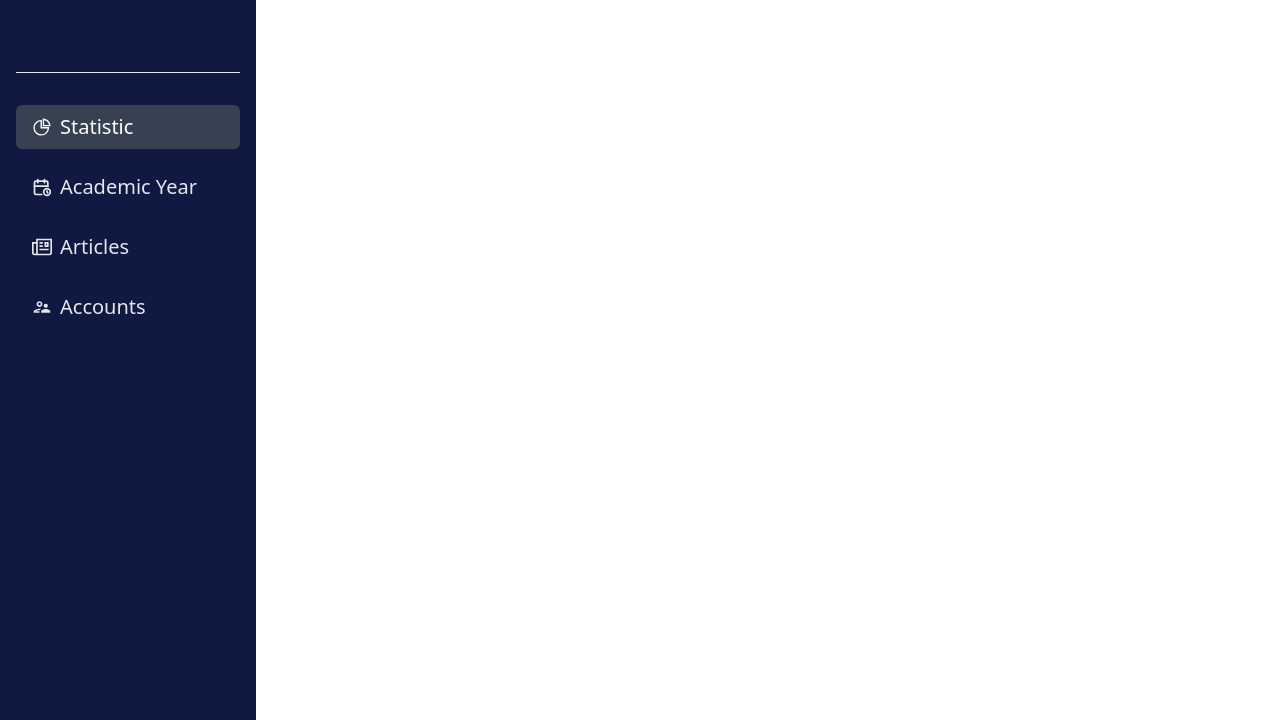
Repository: huynhvanngoan/COMP1640FE-Template
Page: /admin
The author's editor kept a copy of each file at every save. The page is drawn from the files as they stood at one save, then again after a run of saves.
The browser window is 1280 px wide. The pictures show the whole page.
The project was rebuilt for these pictures with package versions that can differ from the ones it lists, and the page was loaded fresh each time. Also part of the build but not shown: src/components/buttonStyles.js, src/pages/LoginPage.jsx, src/pages/admin/AdminDashboard.jsx, src/pages/student/StudentDashboard.jsx, src/pages/department/DepartmentDashboard.jsx, src/pages/marketing/MarketingDashboard.jsx, src/pages/guest/GuestDashboard.jsx.

Above is the page before, as saved 2024-03-24 05:49:03.

After the next 2 saves:
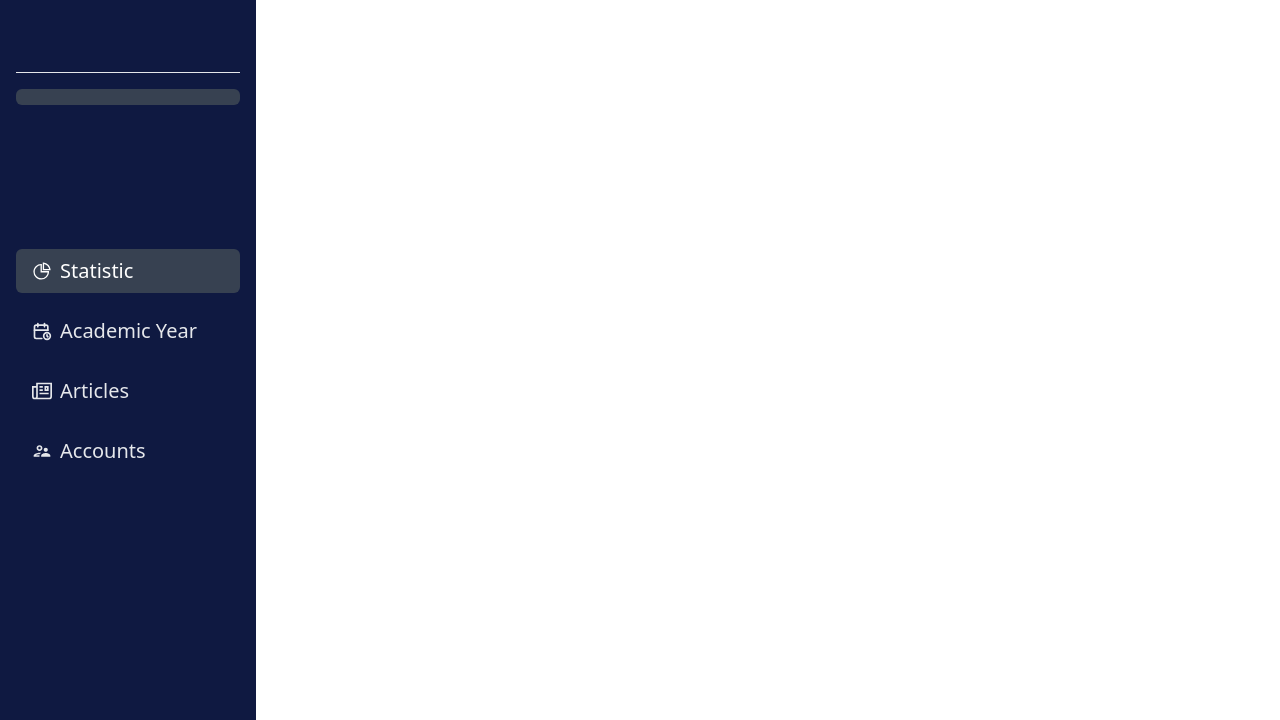
The 2 saves are shown as one change because they came seconds apart.
The last was saved 25 s later.
--- a/src/pages/admin/Sidebar.js
+++ b/src/pages/admin/Sidebar.js
@@ -37,7 +37,9 @@ export default function Sidebar() {
             {SidebarContent.map((item, index) => {
               return (
                 <li className={selected === index  ? "mb-4 group active" : "mb-4" } key={index} onClick={() => setSelected(index)}>
-                  <Link to></Link>
+                  <Link to="#" className='flex w-full rounded-md items-center space-x-2 text-gray-200 px-4 py-2 text-xl hover:bg-[#080e24] hover:text-white group-[.active]:bg-gray-700 group-[.active]:text-white'>
+
+                  </Link>
                 </li>
               )
             })}
